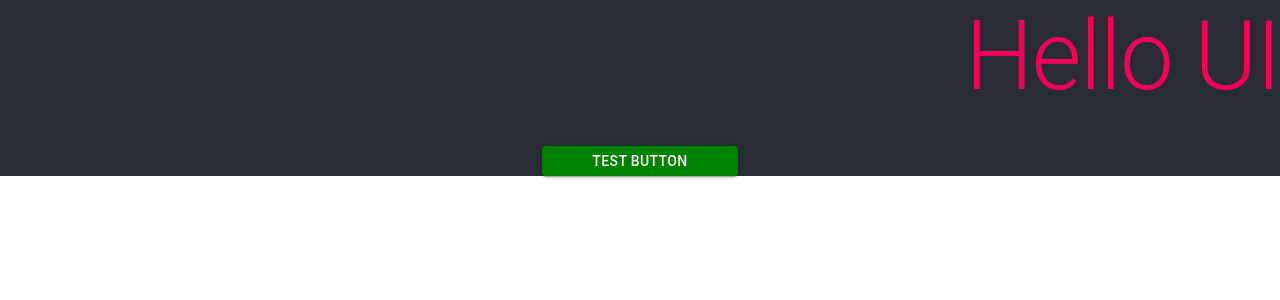
Repository: ShunsukeTanizaki/COVID19-Live
Page: /
The author's editor kept a copy of each file at every save. The page is drawn from the files as they stood at one save, then again after the next save.
The browser window is 1280 px wide. The pictures show the whole page.
The project was rebuilt for these pictures with package versions that can differ from the ones it lists, and the page was loaded fresh each time.

Above is the page before, as saved 2020-11-07 23:21:31.

After the next save:
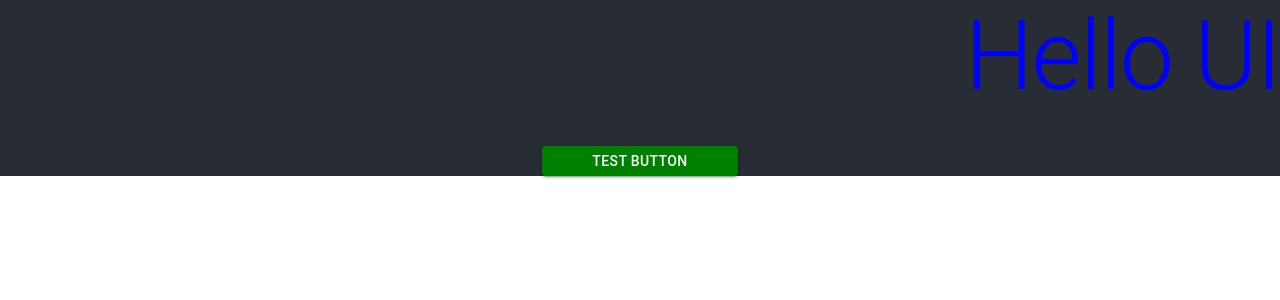
Saved 3 min 25 s later.
--- a/src/components/MaterialUI .tsx
+++ b/src/components/MaterialUI .tsx
@@ -5,6 +5,9 @@ const useStyles = makeStyles({
     btnStyle: {
         background: "green",
         padding: "3px 50px"
+    },
+    typoStyle: {
+        color: "blue"
     }
 });
 
@@ -13,6 +16,7 @@ const MaterialUI: React.FC = () => {
     return (
         <div>
             <Typography
+                className={classes.typoStyle}
                 color="secondary"
                 variant="h1"
                 align="right"
